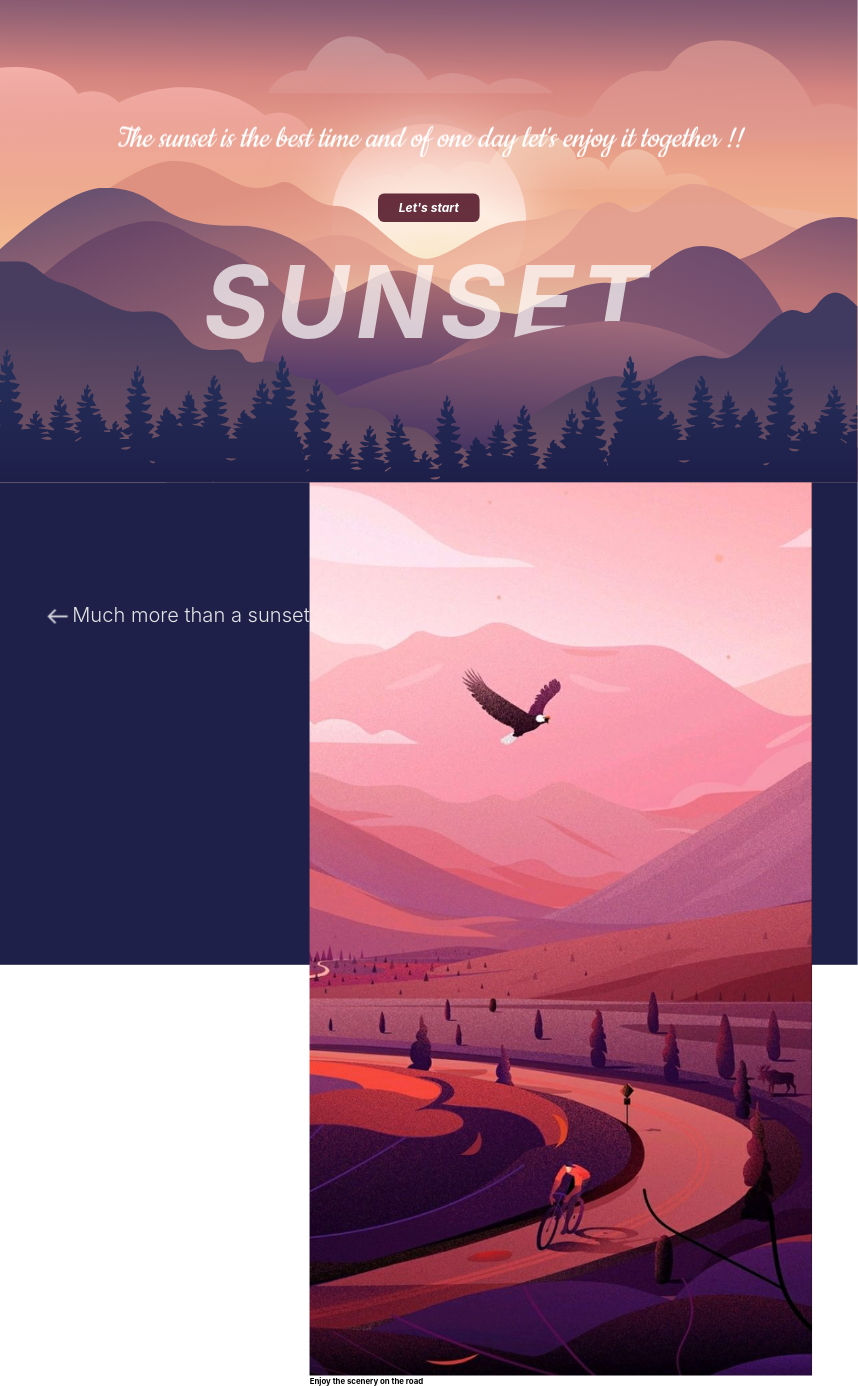
Repository: nambui98/parallax
Page: /
These files come from the project's save history. The page is drawn as it stood at one moment and after the next save; the edit follows.
The browser window is 1280 px wide. The pictures show the whole page, at 67% of full size.
The project was rebuilt for these pictures with package versions that can differ from the ones it lists, and the page was loaded fresh each time. Also part of the build but not shown: vite.config.ts.

Above is the page before, as saved 2022-03-24 15:22:03.

### src/App.tsx
import { useEffect, useRef, useState } from 'react'
import { Link, useLocation, useNavigate } from 'react-router-dom';
import bg_1 from './assets/images/bg_1.svg'
import bg_2 from './assets/images/bg_2.svg'
import bg_3 from './assets/images/bg_3.svg'
import bg_4 from './assets/images/bg_4.svg'
import bg_5 from './assets/images/bg_5.svg'
import bg_6 from './assets/images/bg_6.svg'
import bg_7 from './assets/images/bg_7.svg'
import bg_8 from './assets/images/bg_8.svg'
import bg_9 from './assets/images/bg_9.svg'
import bg_10 from './assets/images/bg_10.svg'
import bg_11 from './assets/images/bg_11.svg'
import content1 from './assets/images/content1.png'
import content2 from './assets/images/content2.svg'
import content3 from './assets/images/content3.svg'
import content4 from './assets/images/content4.svg'
import icon from './assets/images/icon.svg'
import './App.scss'

function App() {
  let location = useLocation();
  console.log(location);

  const bg_1Ref = useRef<any>()
  const bg_2Ref = useRef<any>()
  const bg_3Ref = useRef<any>()
  const bg_4Ref = useRef<any>()
  const bg_5Ref = useRef<any>()
  const bg_6Ref = useRef<any>()
  const bg_7Ref = useRef<any>()
  const bg_8Ref = useRef<any>()
  const bg_9Ref = useRef<any>()
  const bg_10Ref = useRef<any>()
  const bg_11Ref = useRef<any>()
  const h3Ref = useRef<any>()
  const h1Ref = useRef<any>()
  const bannerRef = useRef<any>()
  const btnRef = useRef<any>()
  // console.log(location);

  useEffect(() => {
    window.addEventListener("scroll", () => {
      let value = window.scrollY;
      // h3Ref.current.style =
      // bg_1Ref.current.style.left = `calc(${value}px + 40rem)`;
      bg_9Ref.current.style.transform = `scale(${1 + value * 0.0005})`
      bg_10Ref.current.style.transform = `scale(${1 + value * 0.0005})`
      bg_8Ref.current.style.transform = `scale(${1 + value * 0.0005})`
      bg_7Ref.current.style.transform = `scale(${1 + value * 0.0005})`
      bg_6Ref.current.style.transform = `scale(${1 + value * 0.0005})`
      bg_5Ref.current.style.transform = `scale(${1 + value * 0.0005})`
      bg_4Ref.current.style.transform = `translateX(-50%) scale(${1 + value * 0.0005})`
      bg_3Ref.current.style.transform = `scale(${1 + value * 0.0005})`
      bg_2Ref.current.style.transform = `scale(${1 + value * 0.0005})`
      bg_1Ref.current.style.transform = `scale(${1 + value * 0.0005})`
      bg_11Ref.current.style.transform = `scale(${1 + value * 0.0004})`

      h3Ref.current.style.transform = `translateZ(${value * 0.8}px) scale(${1 + (value * 0.0009)})`
      h1Ref.current.style.transform = `translateY(${value * 0.2}px)`
      btnRef.current.style.transform = `translate(-50%, calc(-50% - ${value * 0.2}px))`
      console.log();

    })

    return () => {
      window.removeEventListener("scroll", () => {

      })
    }
  }, [])
  useEffect(() => {
    let url = window.location.href.split("/");
    // debugger
    let target = url[url.length - 1].toLowerCase();
    let element = document.getElementById(target);
    element && element.scrollIntoView({ behavior: "smooth", block: "start" });
  }, [location]);
  return (
    <div className="App">
      <div className="main">
        <div className="banner" ref={bannerRef}>
          <img className='bg_1' ref={bg_1Ref} src={bg_1} alt="" />
          <img className='bg_2' ref={bg_2Ref} src={bg_2} alt="" />
          <img className='bg_3' ref={bg_3Ref} src={bg_3} alt="" />
          <img className='bg_4' ref={bg_4Ref} src={bg_4} alt="" />
          <img className='bg_5' ref={bg_5Ref} src={bg_5} alt="" />
          <img className='bg_6' ref={bg_6Ref} src={bg_6} alt="" />
          <img className='bg_7' ref={bg_7Ref} src={bg_7} alt="" />
          <img className='bg_8' ref={bg_8Ref} src={bg_8} alt="" />
          <img className='bg_9' ref={bg_9Ref} src={bg_9} alt="" />
          <img className='bg_10' ref={bg_10Ref} src={bg_10} alt="" />
          <img className='bg_11' ref={bg_11Ref} src={bg_11} alt="" />

          <h3 ref={h3Ref}>The sunset is the best time and of one day let's enjoy it together !!</h3>
          <h1 ref={h1Ref}>Sunset</h1>
        </div>
        <Link to="/content" className="btn" ref={btnRef}>Let's start</Link>
        <div className="content" id="content">
          <h1><img src={icon} alt="" /> Much more than a sunset</h1>
          <div className="content__list">
            <div className="content__card">
              <img className='content__img' src={content1} alt="" />
              <h3>Enjoy the scenery on the road</h3>
            </div>
          </div>
        </div>
      </div>
    </div>
  )
}

export default App

### src/App.scss
@import url('https://fonts.googleapis.com/css2?family=Cookie&display=swap');
*,
*::after,
*::before{
  padding: 0;
  margin: 0;
  box-sizing: inherit;
}
html{
  font-size: 62.5%;
  box-sizing: border-box;
}
.main{
  // perspective: 1px;

}
.banner{
  background: linear-gradient(181.12deg, #6D4869 -4.47%, #906074 5.09%, #D58480 18.15%, #ECA58B 34.03%, #F8C995 69.69%);
  height: 100vh;
  position: relative;
  z-index: -1;
  overflow: hidden;
  perspective: 1000px;
  h3{
    position: absolute;
    top: 18rem;
    width: 100%;
    font-size: 5rem;
    font-weight: 400;
    font-style: italic;
    color: #fff;
    font-family: 'Cookie', cursive;
    text-align: center;
    // left: 50%;
    // transform: translateX(-50%);
  }
  h1{
    position: absolute;
    bottom: 18rem;
    width: 100%;
    font-size: 15rem;
    font-style: italic;
    color: rgba(255, 255, 255, .7);
    text-align: center;
    text-transform: uppercase;
    z-index: 0;
    letter-spacing: 1rem;
  }
  img{
    position: absolute;
    z-index: 0;
    &.bg_1{
      top: 5.4rem;
      left: 40rem;
    }
    &.bg_2{
      left: 0;
      top: 10rem;
    }
    &.bg_3{
      right: 0;
      top: 6rem;
    }
    &.bg_4{
      left: 50%;
      top: 8rem;
      transform: translateX(-50%);
      // top: 28.6rem;
      width: 50rem;
    }
    &.bg_5{
      right: 22rem;
      top: 20rem;
    }
    &.bg_6{
      right: 0;
      left: 0;
      top: 24rem;
      width: 100%;
    }
    &.bg_7{
      right: 0;
      left: 0;
      top: 28rem;
      width: 100%;
      // z-index: 1;
    }
     &.bg_8{
      bottom: -3rem;
      width: 100%;
      z-index: 2;
    }
    &.bg_9{
      width: 100%;
      top: 33rem;
      // z-index: 1;
    }
    &.bg_10{
      bottom: -6rem;
      z-index: 1;
    }
    &.bg_11{
      bottom: 0rem;
      width: 100%;
      z-index: 2;
    }
  }
}
.btn{
  z-index: 100;

  position: absolute;
  top: calc(50% - 5rem);
  left: 50%;
  transform: translate(-50%, -50%);
  border: none;
  background: rgba(65, 0, 22, 0.8);
  font-style: italic;
  color: #fff;
  padding: 1rem 3rem;
  border-radius: 1rem;
  cursor: pointer;
  font-size: 1.8rem;
  font-weight: 700;
  border: 1px solid transparent;
  // transition: .3s all;
  text-decoration: none;
  &:hover{
    color: rgba(65, 0, 22, 0.8);
    background: transparent;
    border-color: rgba(65, 0, 22, 0.8);
  }
}
.content{
  height: 100vh;
  width: 100%;
  background-color: #1E2049;
}
.content{
  display: flex;
  justify-content: center;
  h1{
    color: #E5E5E5;
    font-size: 3rem;
    font-weight: 300;
    margin-top: 18rem;
    display: flex;
    img{
      height: 4rem;
    }
  }
  &__list{
    display: flex;
    justify-content: space-between;
    gap: 2rem;

  }
  &__card{

  }
  &__img{
    width: 100%;
  }
}

Loaded but not shown: index.html (common file); src/main.tsx (common file); src/index.css (common file)

After the next save:
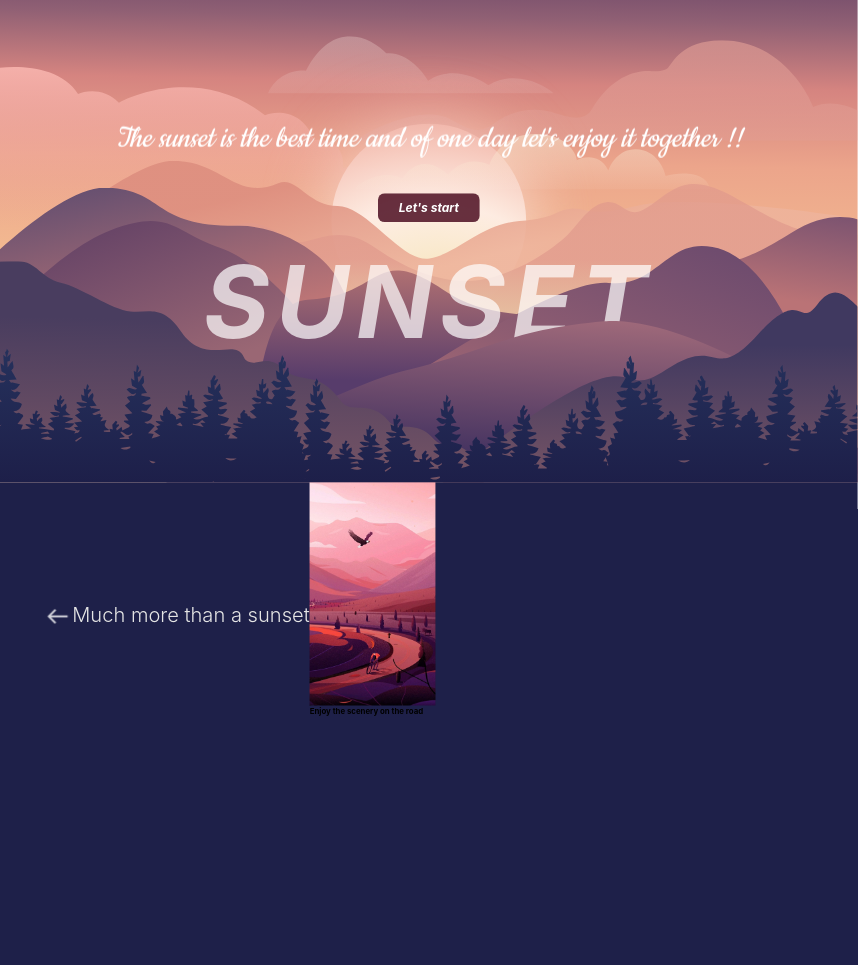
Saved 25 s later.
--- a/src/App.scss
+++ b/src/App.scss
@@ -156,7 +156,7 @@ html{
 
   }
   &__card{
-
+    flex: 0 0 25%;
   }
   &__img{
     width: 100%;
